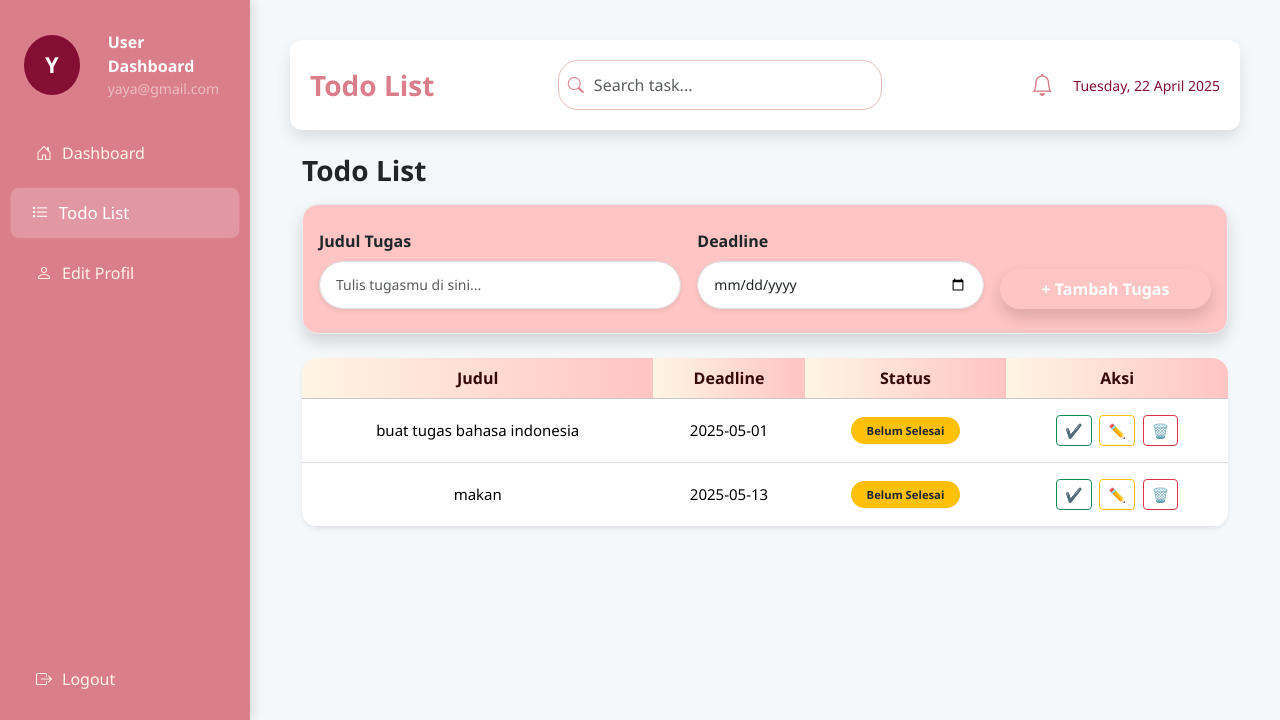
Repository: zhr-nabila/FloTime
Page: http://localhost/todo.php
An editor plug-in stored every save of this project. The page is shown before and after the next save, followed by the edit.
The browser window is 1280 px wide. The pictures show the whole page.
The page is run by PHP 8.4 with error messages shown; the project is at /var/www/html/. The session is filled in as if someone had signed in: {"email": "yaya@gmail.com", "status": "login", "user_id": 2}. The database holds what the project's SQL file puts in it.

Above is the page before, as saved 2025-04-23 12:26:31.

After the next save:
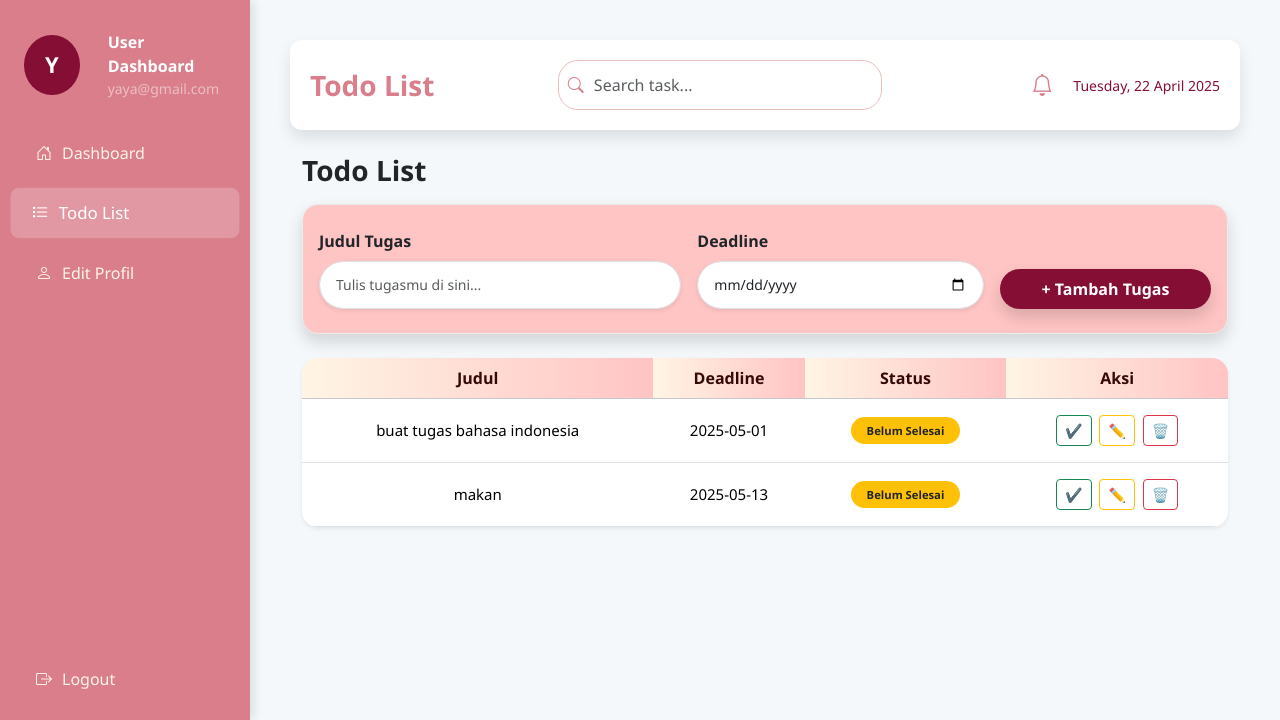
Saved 4 s later.
--- a/css/style.css
+++ b/css/style.css
@@ -225,7 +225,7 @@ html, body {
 }
 
 .btn-gradient {
-    background-color: var(--c);
+    background-color: var(--c7);
     color: white;
     border: none;
     transition: 0.3s ease;
